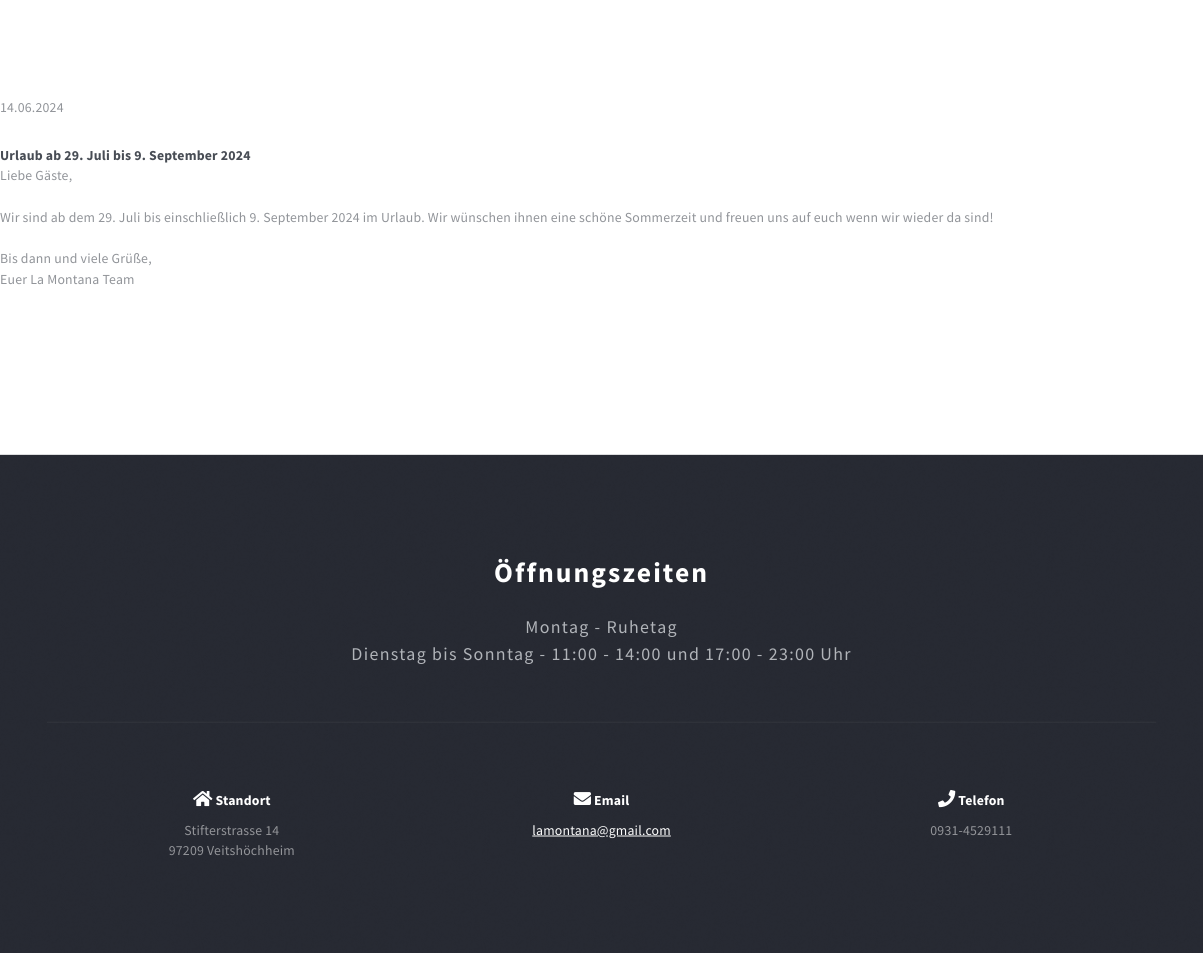
Repository: restaurantlamontana/restaurantlamontana.github.io
Page: blog.html
An editor plug-in stored every save of this project. The page is shown before and after the next save, followed by the edit.
The browser window is 1280 px wide. The pictures show the part of the page from y = 352 to 1388 px (the page is 1366 px tall before and 1388 px after), at 94% of full size.

Above is the page before, as saved 2024-07-14 18:20:59.

### blog.html
<!DOCTYPE HTML>
<!--
	Escape Velocity by HTML5 UP
	html5up.net | @ajlkn
	Free for personal and commercial use under the CCA 3.0 license (html5up.net/license)
-->
<html>
	<head>
		<title>La Montana - Blog</title>
		<meta charset="utf-8" />
		<meta name="viewport" content="width=device-width, initial-scale=1, user-scalable=no" />
		<link rel="stylesheet" href="assets/css/main.css" />
	</head>
	<body class="right-sidebar is-preload">
		<div id="page-wrapper">
			<!-- Header -->
			<section id="header" class="wrapper">
			  <!-- Logo -->
			  <div id="logo">
				<h1><a href="index.html">La Montana</a></h1>
				<p>Restaurant</p>
			  </div>

			  <!-- Nav -->
			  <nav id="nav">
				<ul>
				  <li class="current"><a href="index.html">Home</a></li>
				  <li><a href="assets/Speisekarte_Scan.pdf" target="_blank">Speisekarte</a></li>
				  <li><a href="blog.html">Blog</a></li>
				</ul>
			  </nav>
			</section>
				</section>

			<!-- Main -->
				<section id="main" class="wrapper style2">
					<div>

						<br><br>
						<p>14.06.2024</p>
						<h1><bold>Urlaub ab 29. Juli bis 9. September 2024</bold></h1>
						<p>
							Liebe Gäste,
							<br>
							<br>
							Wir sind ab dem 29. Juli bis einschließlich 9. September 2024 im Urlaub.
							Wir wünschen ihnen eine schöne Sommerzeit und freuen uns auf euch wenn wir wieder da sind!
							<br>
							<br>
							Bis dann und viele Grüße, <br>
							Euer La Montana Team
						</p>
						<br><br>
					</div>
				</section>

		<!-- Footer -->
		<section id="footer" class="wrapper">
			<div class="container">
				<header class="style1">
					<h2>Öffnungszeiten</h2>
					<p>
						Montag - Ruhetag <br />
						Dienstag bis Sonntag - 11:00 - 14:00 und 17:00 - 23:00 Uhr
					</p>
				</header>
				<div class="flex-container">
					<div class="flex-item">
						<h3 class="icon solid fa-home">   Standort</h3>
						<p>
							Stifterstrasse 14<br />
							97209 Veitshöchheim<br />
						</p>
					</div>
					<div class="flex-item">
						<h3 class="icon solid fa-envelope">   Email</h3>
						<p>
							<a href="#">lamontana@gmail.com</a>
						</p>
					</div>
					<div class="flex-item">
						<h3 class="icon solid fa-phone">   Telefon</h3>
						<p>0931-4529111</p>
					</div>
				</div>
			</div>
		</section>
	</body>
	</html>

Loaded but not shown: assets/css/fontawesome-all.min.css (library); assets/css/main.css (3135 lines, source omitted)

After the next save:
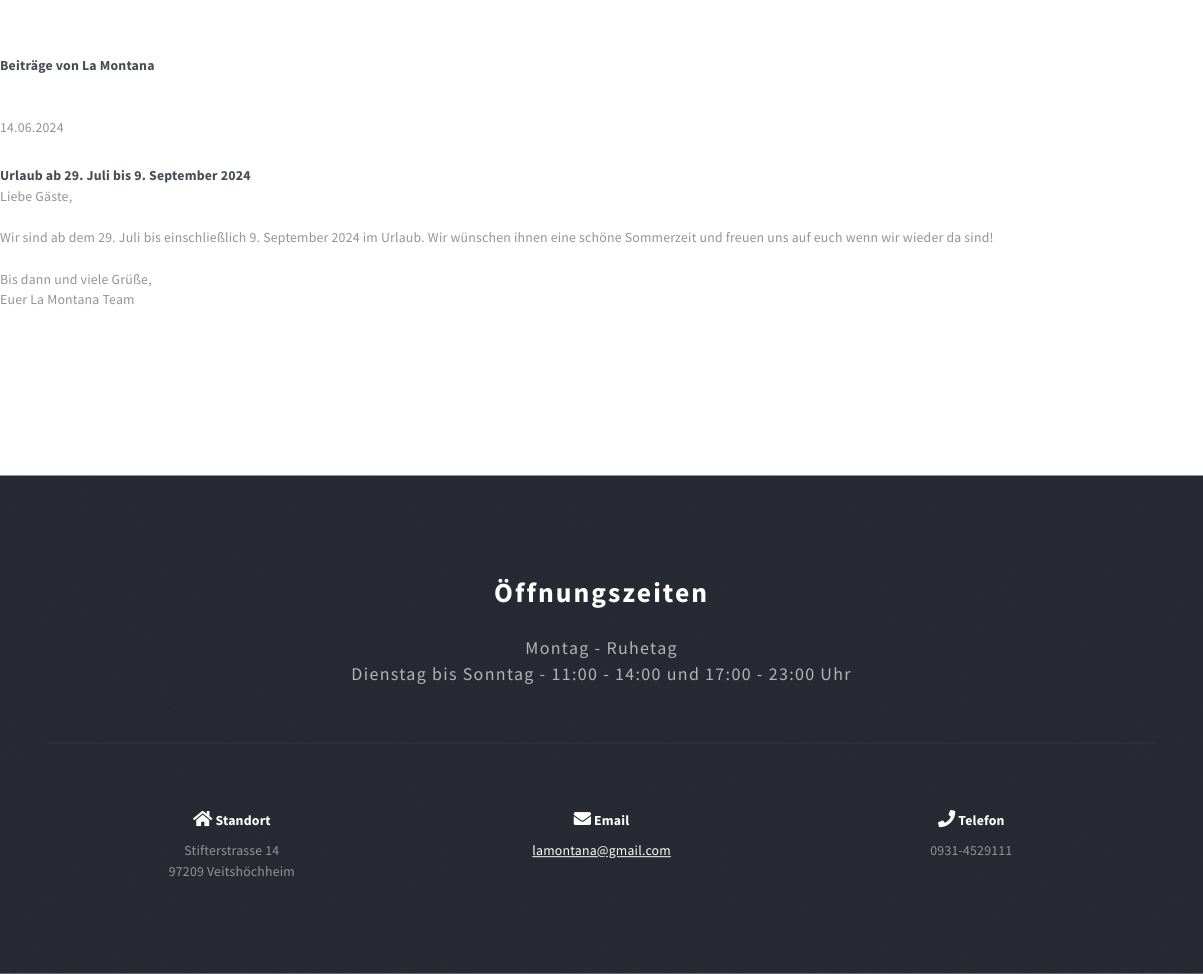
Saved 6 s later.
--- a/blog.html
+++ b/blog.html
@@ -35,7 +35,7 @@
 			<!-- Main -->
 				<section id="main" class="wrapper style2">
 					<div>
-
+						<h1>Beiträge von La Montana</h1>
 						<br><br>
 						<p>14.06.2024</p>
 						<h1><bold>Urlaub ab 29. Juli bis 9. September 2024</bold></h1>
